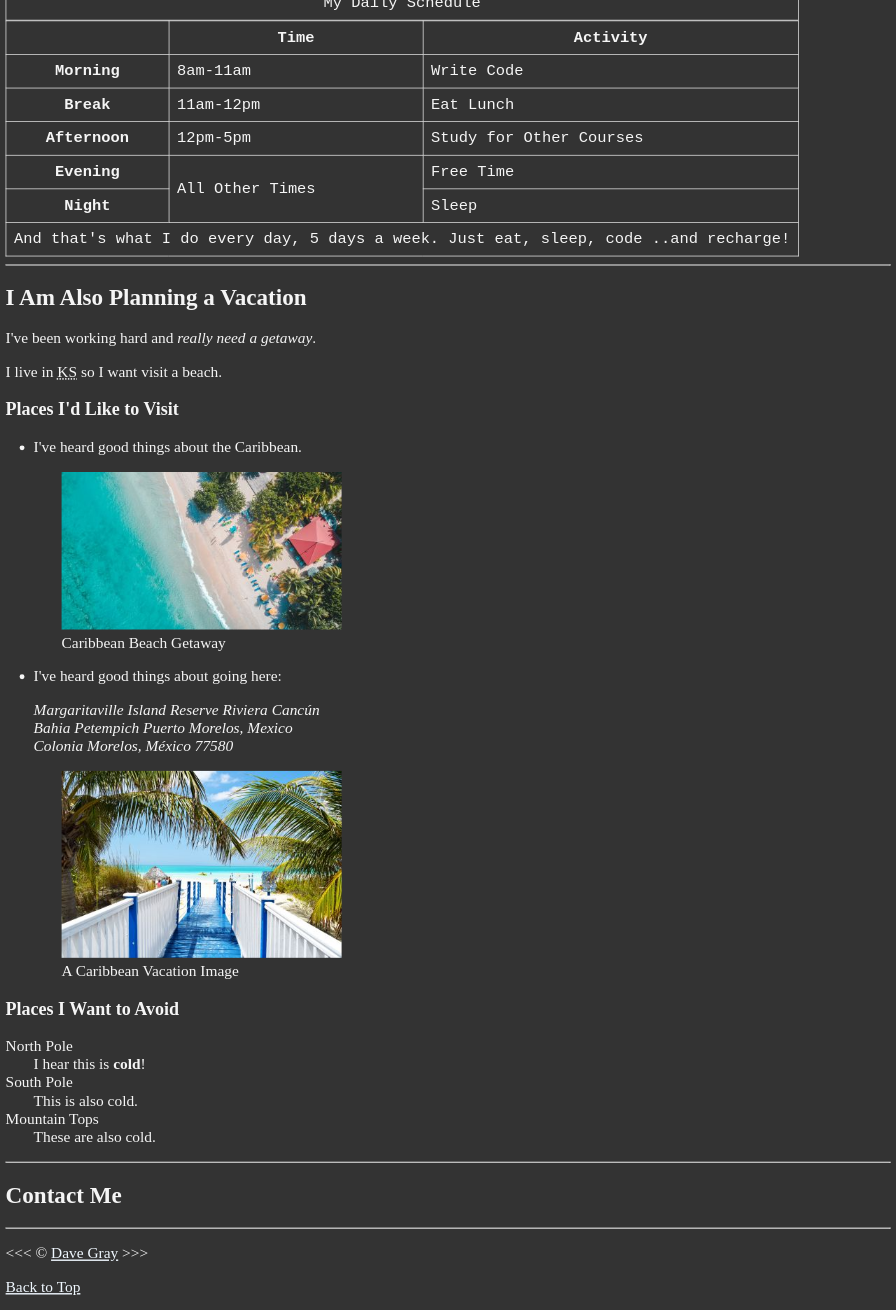
Repository: JavaProgrammerFromEastEurope/project-html-full-tutorial
Page: 09_lesson/index.html
An editor plug-in stored every save of this project. The page is shown before and after a run of saves, followed by the edit.
The browser window is 1280 px wide. The pictures show the part of the page from y = 1116 to 3036 px (the page is 2988 px tall before and 3036 px after), at 70% of full size.

Above is the page before, as saved 2023-04-07 04:34:26.

### 09_lesson/index.html
<!DOCTYPE html>
<html lang="en">
  <head>
    <meta charset="UTF-8" />
    <meta name="author" content="Dave Gray" />
    <meta
      name="description"
      content="This page contains all the things I am learning how to create as I learn HTML."
    />
    <title>My First Web Page</title>
    <link rel="icon" href="html5.png" type="image/x-icon" />
    <link rel="stylesheet" href="main.css" type="text/css" />
  </head>

  <body>
    <header>
      <h1>My Goals for the Year</h1>

      <nav aria-label="primary-navigation">
        <ul>
          <li>
            <a href="#html">Learning HTML</a>
          </li>
          <li>
            <a href="#vacation">Planning a Vacation</a>
          </li>
					<li><a href="#contact">Contact Me</a></li>
        </ul>
      </nav>
    </header>

    <hr />
    <main>
      <article id="html">
        <h2>I'm Ready to Learn HTML</h2>
        <p>This is my first web page.</p>
        <section>
          <h3>HTML5</h3>
          <img
            src="./assets/img/html_logo_300x300.png"
            alt="HTML5 Logo"
            title="I am learning HTML5"
            width="300"
            height="300"
          />
          <figure>
            <figcaption>An Example of HTML5 code</figcaption>
            <p>
              <code>&lt;h1&gt;Hello World!&lt;/h1&gt;</code>
            </p>
          </figure>
        </section>
        <section>
          <h3>My Daily Schedule</h3>
          <p>Let me tell you how:</p>
          <ol>
            <li>...I learn more about web dev.</li>
            <li>...I plan out my schedule.</li>
            <li>
              ...I use resources from
              <abbr title="Mozilla Developer Network">
                <a href="https://developer.mozilla.org/">MDN</a> </abbr
              >.
            </li>
          </ol>
          <aside>
            <details>
              <summary>
                Guess the <mark>number of hours</mark> I code per day
              </summary>
              <p>
                I start at <time datetime="08:00">8 am</time> and I write code
                for <time datetime="PT3H">3 hours</time> every morning.
              </p>
            </details>
          </aside>
          <br />
          <table>
            <caption>
              My Daily Schedule
            </caption>
            <thead>
              <tr>
                <th>&nbsp;</th>
                <th scope="col">Time</th>
                <th scope="col">Activity</th>
              </tr>
            </thead>
            <tbody>
              <tr>
                <th scope="row">Morning</th>
                <td>
                  <time datetime="08:00">8am</time>-<time datetime="11:00"
                    >11am</time
                  >
                </td>
                <td>Write Code</td>
              </tr>
              <tr>
                <th scope="row">Break</th>
                <td>
                  <time datetime="11:00">11am</time>-<time datetime="12:00"
                    >12pm</time
                  >
                </td>
                <td>Eat Lunch</td>
              </tr>
              <tr>
                <th scope="row">Afternoon</th>
                <td>
                  <time datetime="12:00">12pm</time>-<time datetime="17:00"
                    >5pm</time
                  >
                </td>
                <td>Study for Other Courses</td>
              </tr>
              <tr>
                <th scope="row">Evening</th>
                <td rowspan="2">All Other Times</td>
                <td>Free Time</td>
              </tr>
              <tr>
                <th scope="row">Night</th>
                <td>Sleep</td>
              </tr>
            </tbody>
            <tfoot>
              <tr>
                <td colspan="3">
                  And that's what I do every day, 5 days a week. Just eat,
                  sleep, code ..and recharge!
                </td>
              </tr>
            </tfoot>
          </table>
        </section>
      </article>

      <hr />

      <article id="vacation">
        <h2>I Am Also Planning a Vacation</h2>
        <p>I've been working hard and <em>really need a getaway</em>.</p>
        <p>I live in <abbr title="Kansas">KS</abbr> so I want visit a beach.</p>

        <section>
          <h3>Places I'd Like to Visit</h3>
          <ul>
            <li>
              <p>I've heard good things about the Caribbean.</p>
              <figure>
                <img
                  src="./assets/img/caribbean.jpg"
                  alt="Caribbean Beach"
                  title="I want to visit a Caribbean beach."
                  width="400"
                  height="225"
                  loading="lazy"
                />
                <figcaption>Caribbean Beach Getaway</figcaption>
              </figure>
            </li>
            <li>
              <p>I've heard good things about going here:</p>
              <address>
                Margaritaville Island Reserve Riviera Cancún<br />
                Bahia Petempich Puerto Morelos, Mexico<br />
                Colonia Morelos, México 77580
              </address>
              <figure>
                <img
                  src="./assets/img/vacation.jpg"
                  alt="Cancun Vacation"
                  title="It's 5 o'Clock Somewhere!"
                  width="400"
                  height="267"
                  loading="lazy"
                />
                <figcaption>A Caribbean Vacation Image</figcaption>
              </figure>
            </li>
          </ul>
        </section>
        <!-- TODO: Add more places -->
        <section>
          <h3>Places I Want to Avoid</h3>
          <dl>
            <dt>North Pole</dt>
            <dd>I hear this is <strong>cold</strong>!</dd>

            <dt>South Pole</dt>
            <dd>This is also cold.</dd>

            <dt>Mountain Tops</dt>
            <dd>These are also cold.</dd>
          </dl>
        </section>
      </article>
			<hr>

			<article id="contact">
				<h2>Contact Me</h2>
			</article>

    </main>
    <hr />
    <footer>
      <p>&lt;&lt;&lt; &copy; <a href="about.html">Dave Gray</a> &gt;&gt;&gt;</p>
      <p>
        <a href="#">Back to Top</a>
      </p>
    </footer>
  </body>
</html>

### 09_lesson/main.css
html {
    font-size: 22px;
}

body {
    background-color: #333;
    color: whitesmoke;
}

a {
    color: aliceblue;
}

a:visited {
    color: lightgray;
}

a:hover, a:active {
    color: #eee;
}

table, tr, th, td, caption {
	border: 1px solid #eee;
	font-family: 'Courier New', Courier, monospace;
	border-collapse: collapse;
	padding: 0.5rem;
}

After the next 2 saves:
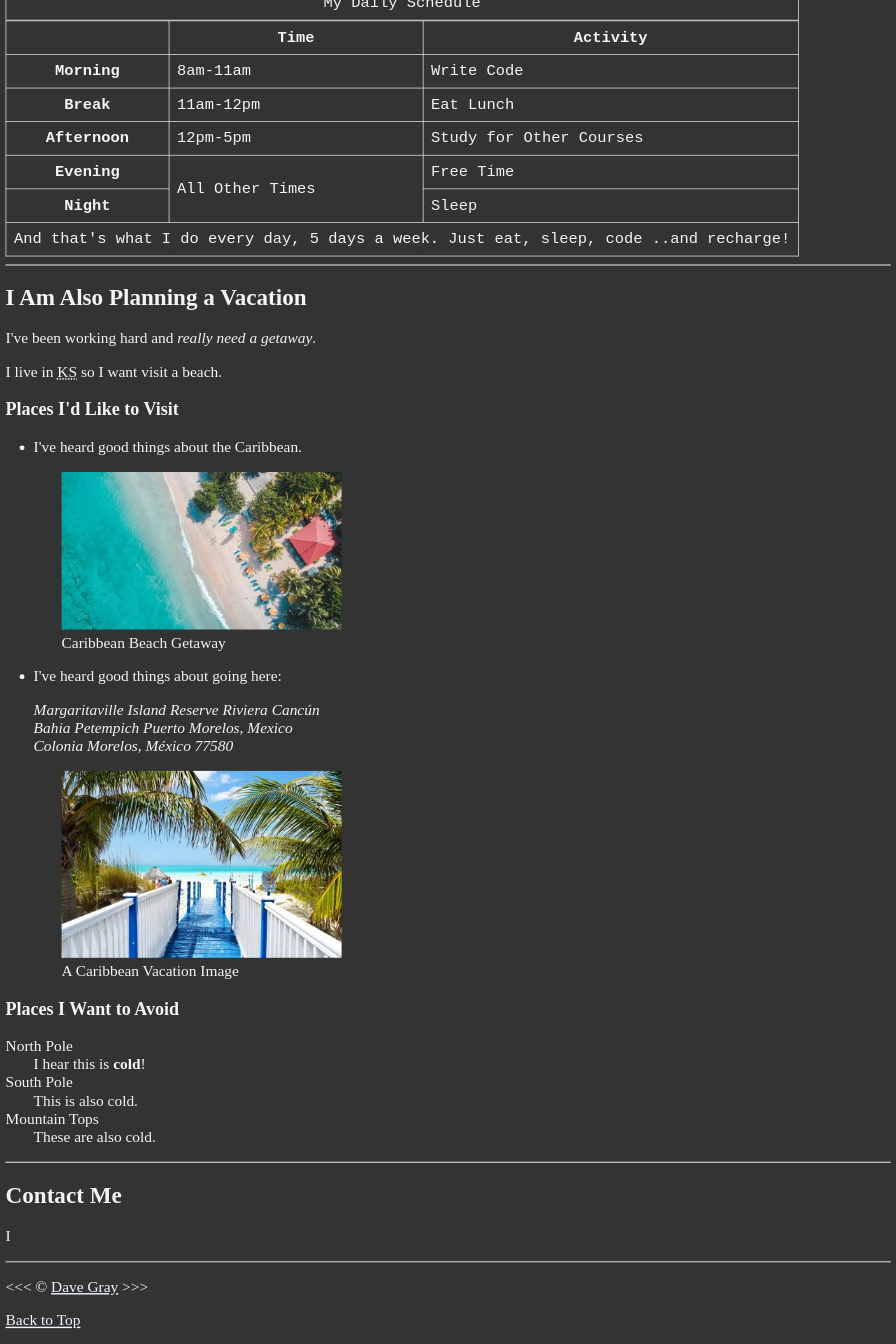
The 2 saves are shown as one change because they came seconds apart.
The last was saved 10 s later.
--- a/09_lesson/index.html
+++ b/09_lesson/index.html
@@ -200,6 +200,7 @@
 
 			<article id="contact">
 				<h2>Contact Me</h2>
+				<p>I</p>
 			</article>
 
     </main>
